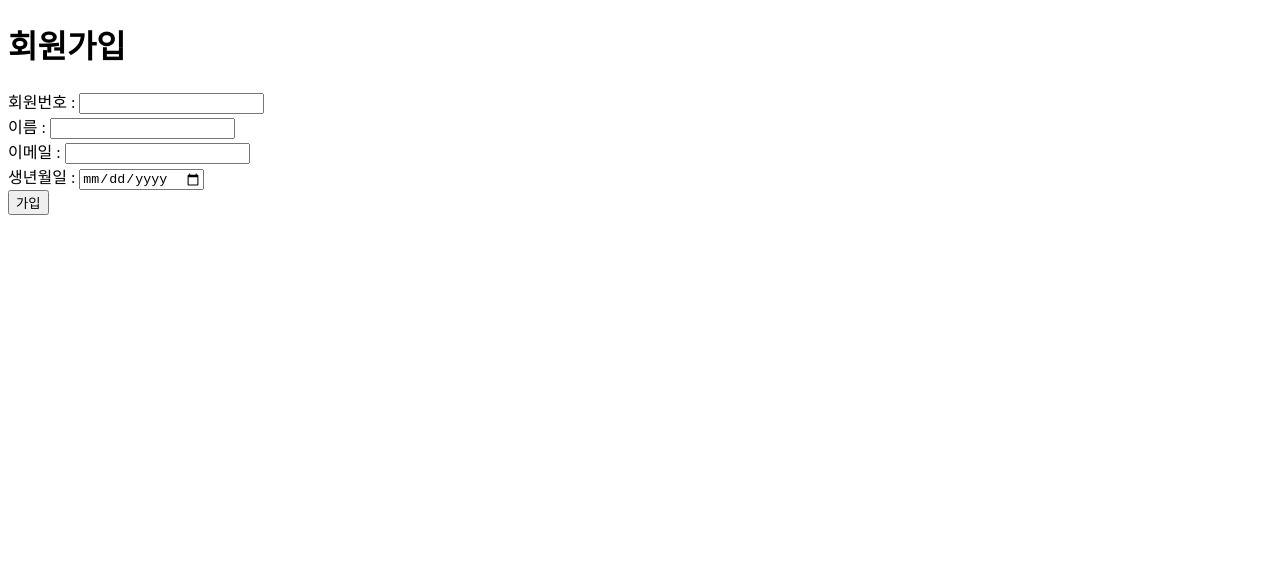
Repository: saahhh/Servlet-JSP-Workspace
Page: http://localhost/join/register.jsp
These files come from the project's save history. The page is drawn as it stood at one moment and after the next save; the edit follows.
The browser window is 1280 px wide. The pictures show the whole page.
The page is served by Tomcat 9.

Above is the page before, as saved 2023-11-07 02:29:30.

After the next save:
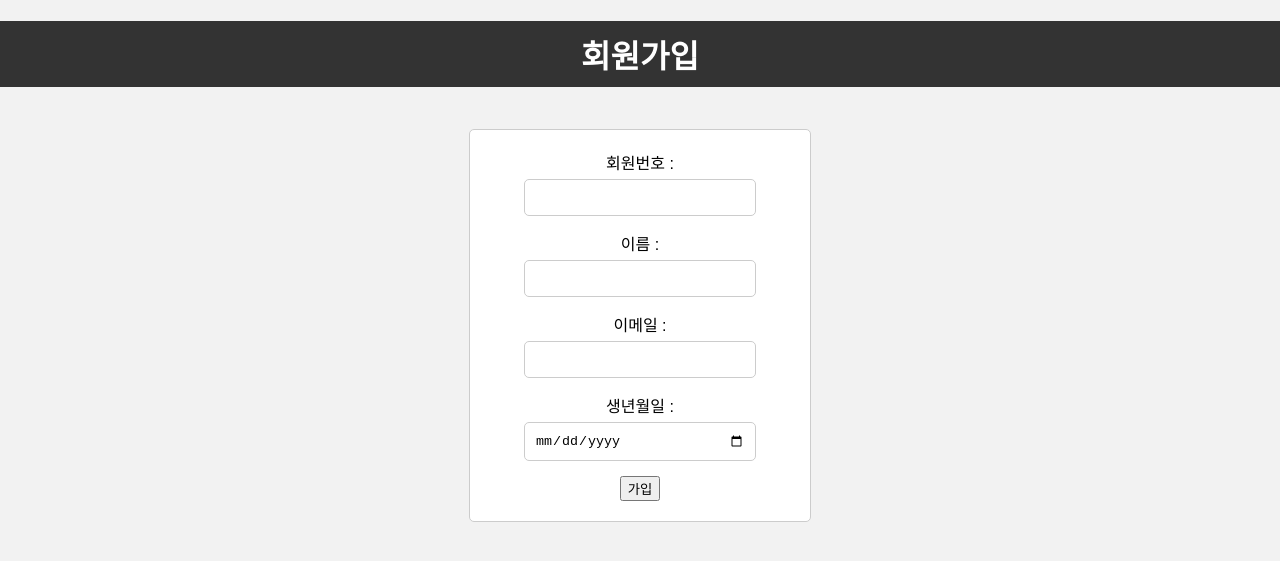
Saved 25 s later.
--- a/join/src/main/webapp/styles.css
+++ b/join/src/main/webapp/styles.css
@@ -5,3 +5,75 @@ h1{
 	padding: 10px;
 	text-align: center;
 }
+
+/* 전체 페이지 스타일 */
+body {
+    font-family: Arial, sans-serif;
+    background-color: #f2f2f2;
+    margin: 0;
+    padding: 0;
+     text-align: center;
+}
+
+h1 {
+    background-color: #333;
+    color: #fff;
+    padding: 10px;
+    text-align: center;
+}
+
+/* 폼 스타일 */
+form {
+    background-color: #fff;
+    border: 1px solid #ccc;
+    border-radius: 5px;
+    padding: 20px;
+    margin: 20px;
+    width: 300px;
+    display: inline-block;
+}
+
+/* 레이블 스타일 */
+label {
+    display: block;
+    margin-bottom: 5px;
+}
+
+/* 입력 필드 스타일 */
+input[type="text"],
+input[type="email"],
+input[type="date"] {
+    width: 70%;
+    padding: 10px;
+    margin-bottom: 15px;
+    border: 1px solid #ccc;
+    border-radius: 5px;
+}
+
+/* 버튼
+
+
+
+table {
+    width: 80%;
+    margin: 20px auto;
+    border-collapse: collapse;
+    background-color: #fff;
+}
+
+table, th, td {
+    border: 1px solid #ccc;
+}
+
+th, td {
+    padding: 10px;
+    text-align: left;
+}
+
+tr:nth-child(even) {
+    background-color: #f2f2f2;
+}
+
+tr:hover {
+    background-color: #e0e0e0;
+}
